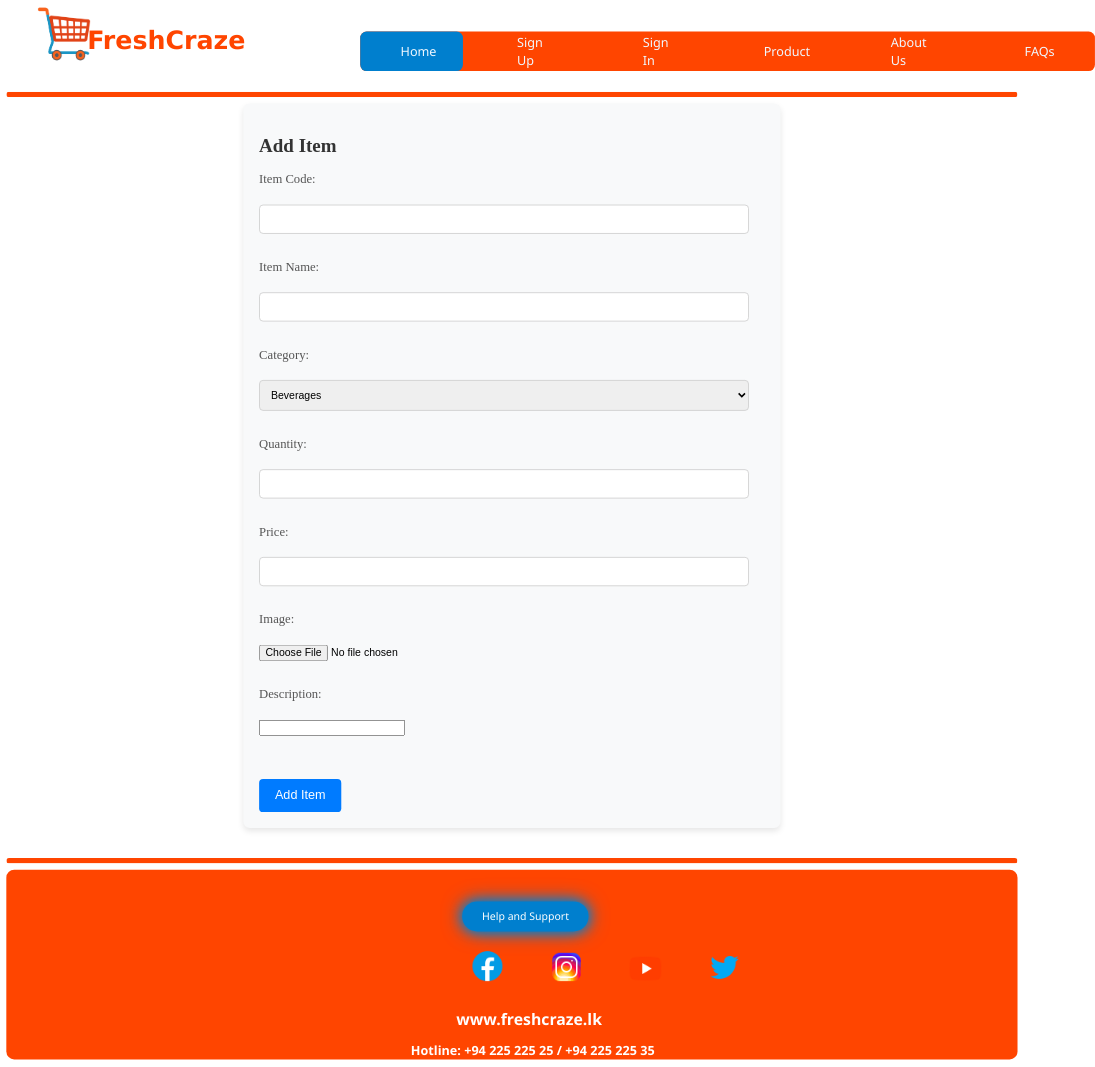
Repository: shanika2002/FreshCraze
Page: http://localhost/itemDem/updateItem.jsp
The author's editor kept a copy of each file at every save. The page is drawn from the files as they stood at one save, then again after the next save.
The browser window is 1280 px wide. The page is 1386 px wide, so the pictures cover 1386 px, including what lies to the right of the window. The pictures show the whole page, at 79% of full size.
The page is served by Tomcat 9.

Above is the page before, as saved 2024-05-11 06:45:33.

After the next save:
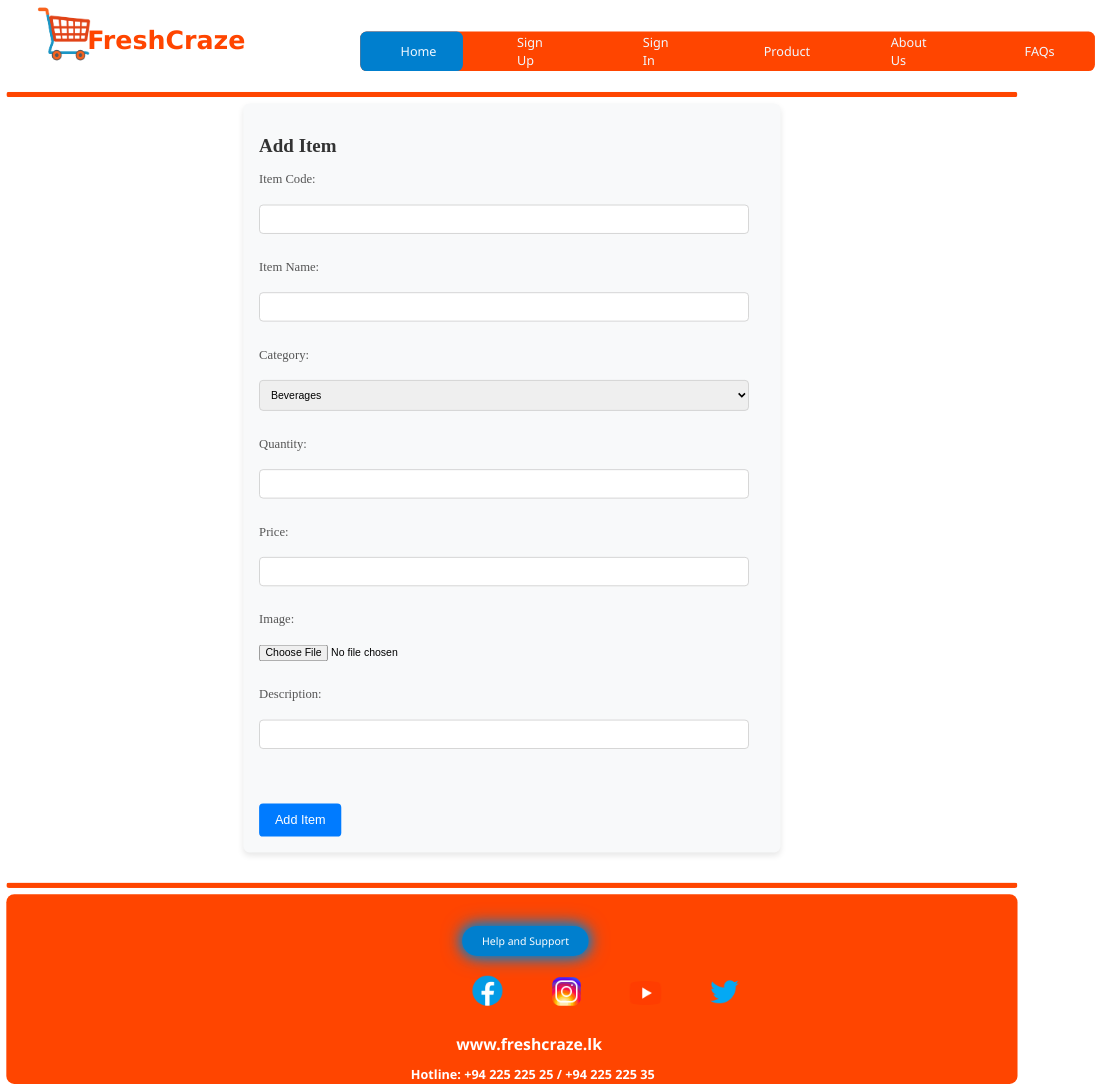
Saved 90 s later.
--- a/itemDem/src/main/webapp/updateItem.jsp
+++ b/itemDem/src/main/webapp/updateItem.jsp
@@ -54,7 +54,7 @@
         <input type="file" id="image" name="image" value="${param.image}"><br><br>
 
         <label for="description">Description:</label><br>
-        <input id="description" name="description"  required value="${param.description }"><br><br><br><br>
+        <input type="description" name="description"  required value="${param.description }"><br><br><br><br>
 
         <input type="submit" value="Add Item">
     </form>
